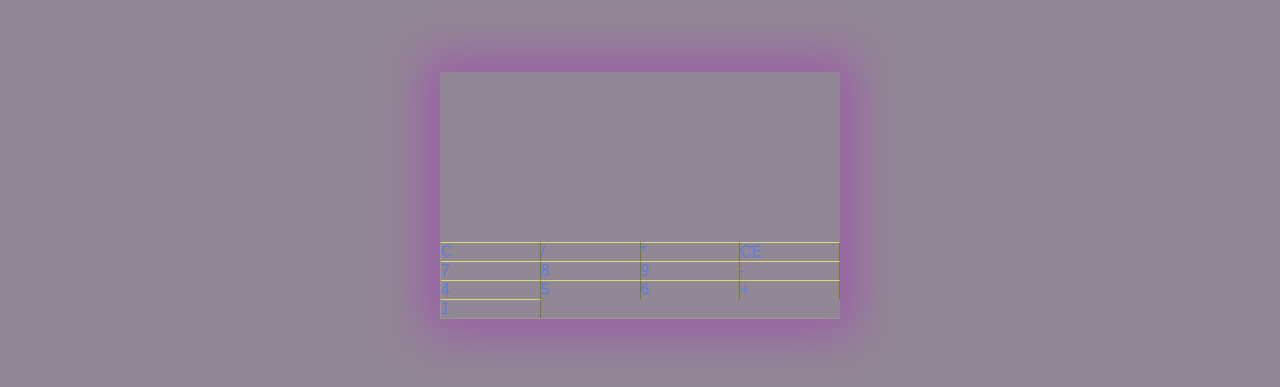
Repository: LuisMiLR/Calculatrice-with-JS---HTML---CSS-
Page: index.html
An editor plug-in stored every save of this project. The page is shown before and after the next save, followed by the edit.
The browser window is 1280 px wide. The pictures show the whole page.

Above is the page before, as saved 2023-03-20 22:21:09.

After the next save:
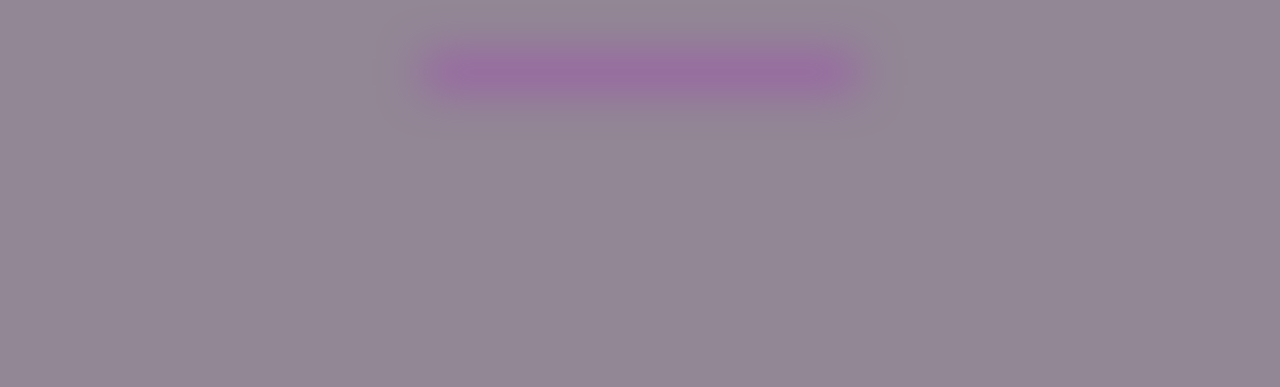
Console error: SyntaxError: Identifier 'button12' has already been declared
Saved 10 s later.
--- a/apps.js
+++ b/apps.js
@@ -72,3 +72,8 @@ const button12 = document.createElement('div');
 button12.className = "button";
 button12.textContent = "1";
 buttons.appendChild(button12);
+
+const button12 = document.createElement('div');
+button12.className = "button";
+button12.textContent = "1";
+buttons.appendChild(button12);

After the 4 saves that followed:
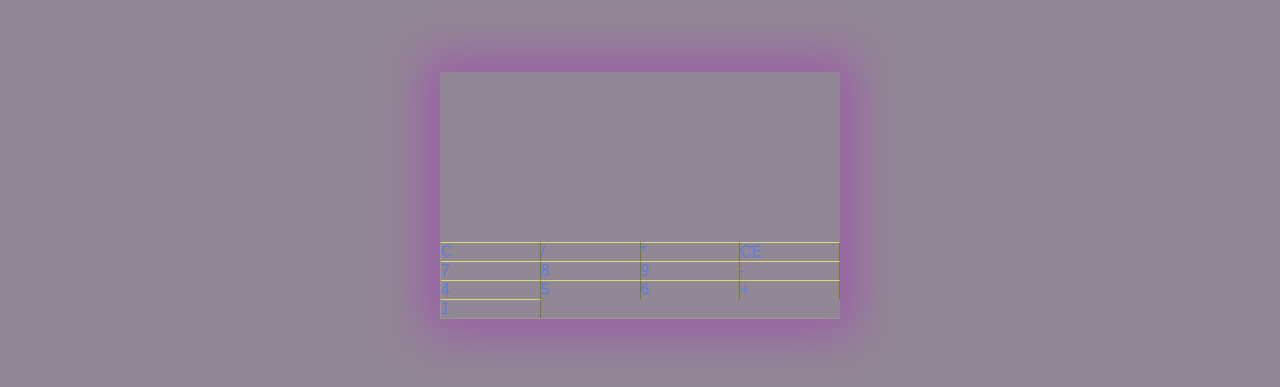
The error is gone.
The 4 saves are shown as one change because they came seconds apart.
The last was saved 10 s later.
--- a/apps.js
+++ b/apps.js
@@ -73,7 +73,7 @@ button12.className = "button";
 button12.textContent = "1";
 buttons.appendChild(button12);
 
-const button12 = document.createElement('div');
-button12.className = "button";
-button12.textContent = "1";
+const button13 = document.createElement('div');
+button13.className = "button";
+button13.textContent = "1";
 buttons.appendChild(button12);
